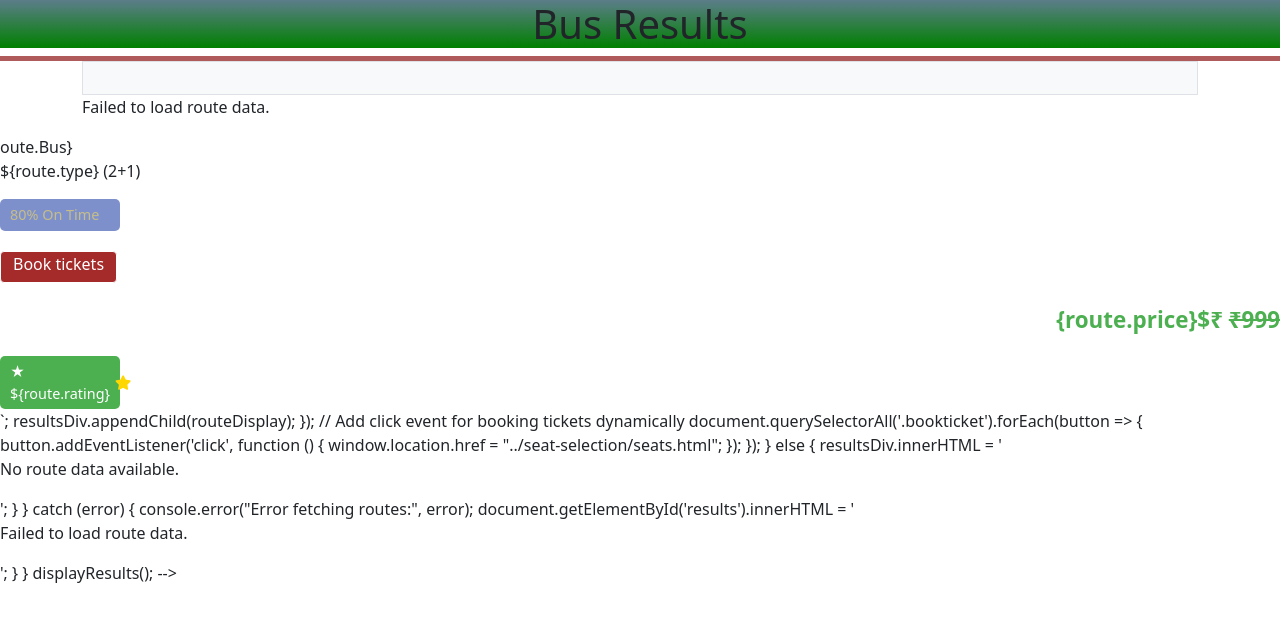
Repository: mohanmania/Redbus_Clone
Page: js-project/bus-details/results.html
These files come from the project's save history. The page is drawn as it stood at one moment and after the next save; the edit follows.
The browser window is 1280 px wide. The pictures show the whole page.
The page's requests for data from a server got no answer.

Above is the page before, as saved 2025-01-13 19:27:34.

After the next save:
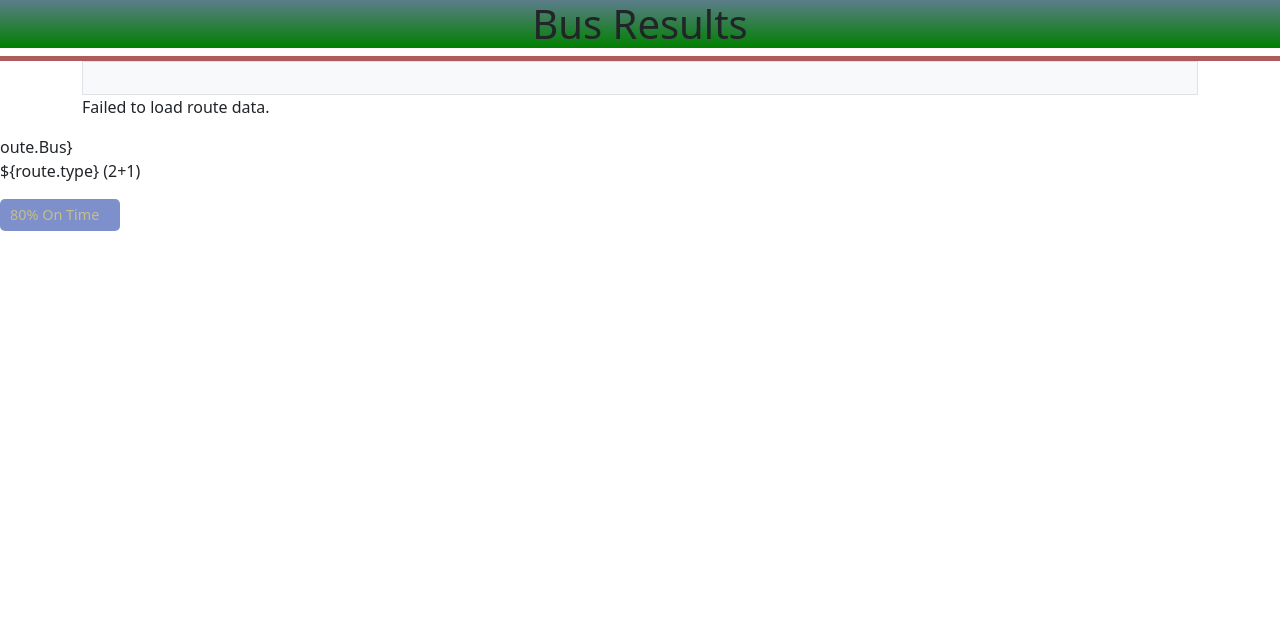
Saved 6 s later.
--- a/js-project/bus-details/results.html
+++ b/js-project/bus-details/results.html
@@ -143,34 +143,7 @@
                                 <div class="route-ontime">80% On Time</div>
                             </div>
                             <div>
-                                <button class="bookticket btn btn-danger" id="Bookticket-${route.Bus}">Book tickets</button>
-                                <div class="route-price"><del>₹999</del> ₹${route.price}</div>
-                                <div class="route-rating">★ ${route.rating}
-                                    <span style="margin-left: 5px; color: gold;" class="fa fa-star checked"></span>
-                                    <span style="margin-left: 5px;" class="fa fa-star checked"></span>
-                                </div>
-                            </div>
-                        `;
-                        resultsDiv.appendChild(routeDisplay);
-                    });
 
-                    // Add click event for booking tickets dynamically
-                    document.querySelectorAll('.bookticket').forEach(button => {
-                        button.addEventListener('click', function () {
-                            window.location.href = "../seat-selection/seats.html";
-                        });
-                    });
-                } else {
-                    resultsDiv.innerHTML = '<p>No route data available.</p>';
-                }
-            } catch (error) {
-                console.error("Error fetching routes:", error);
-                document.getElementById('results').innerHTML = '<p>Failed to load route data.</p>';
-            }
-        }
-
-        displayResults();
-    </script> -->
     <script src="../bus-details/result.js"></script>
 </body>
 </html>
